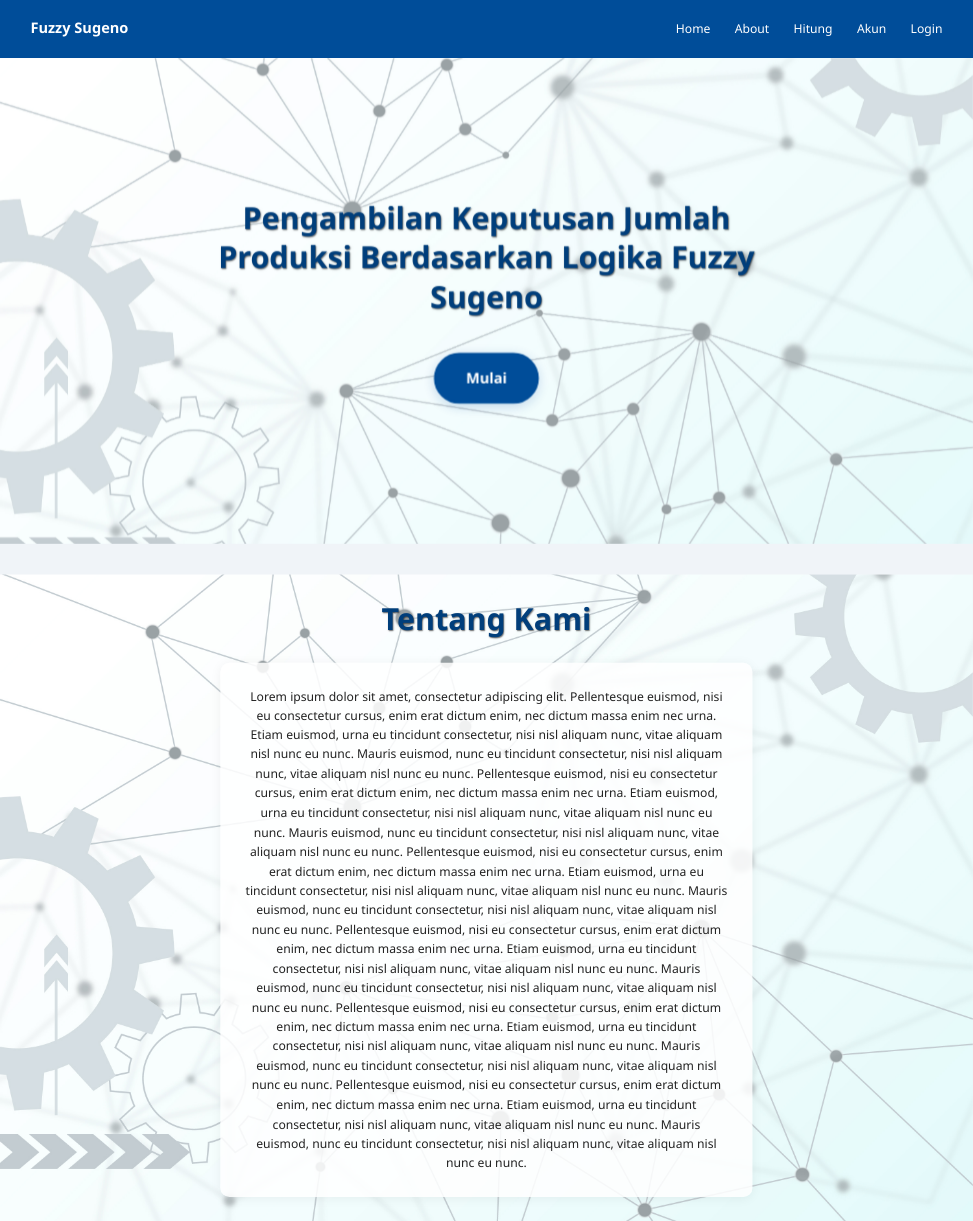
Repository: Senicccc/Defuzzy-Sugeno
Page: http://localhost/
An editor plug-in stored every save of this project. The page is shown before and after the next save, followed by the edit.
The browser window is 1280 px wide. The pictures show the whole page, at 76% of full size.
The page is run by PHP 8.4 with error messages shown; the project is at /var/www/html/.

Above is the page before, as saved 2025-06-08 11:14:59.

After the next save:
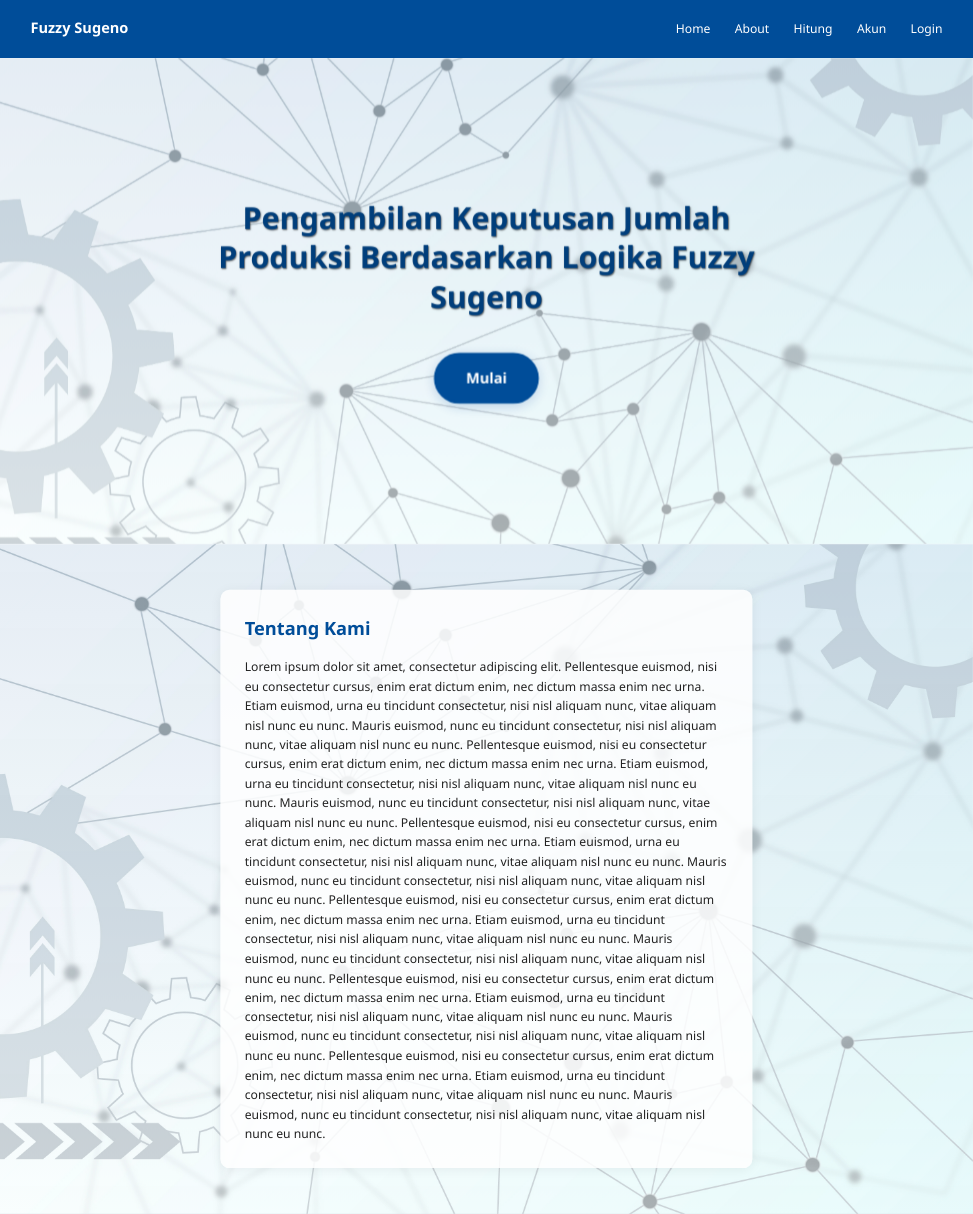
Saved 29 s later.
--- a/index.php
+++ b/index.php
@@ -15,16 +15,16 @@
     require_once 'php/header-index.php';
     ?>
 
-    <section class="hero" style="background: url('img/menu-bg.jpg') center center/cover no-repeat;">
+    <!-- Hero Section -->
+    <section class="hero">
         <h1>Pengambilan Keputusan Jumlah Produksi Berdasarkan Logika Fuzzy Sugeno</h1>
         <a href="php/form.php" class="start-button">Mulai</a>
     </section>
 
-    <section class="hero"
-        style="background: url('img/menu-bg.jpg') center center/cover no-repeat; min-height:unset; margin-top:40px;">
-        <h1>Tentang Kami</h1>
-        <div
-            style="max-width: 700px; margin: 0 auto; background: rgba(255,255,255,0.85); border-radius: 12px; padding: 2rem; color: #222; box-shadow: 0 2px 16px rgba(0,0,0,0.06);">
+    <!-- About Section -->
+    <section class="about-section">
+        <div class="about-content">
+            <h1 style="color:#004d99; margin-bottom:1.2rem;">Tentang Kami</h1>
             <p>
                 Lorem ipsum dolor sit amet, consectetur adipiscing elit. Pellentesque euismod, nisi eu consectetur
                 cursus, enim erat dictum enim, nec dictum massa enim nec urna. Etiam euismod, urna eu tincidunt
